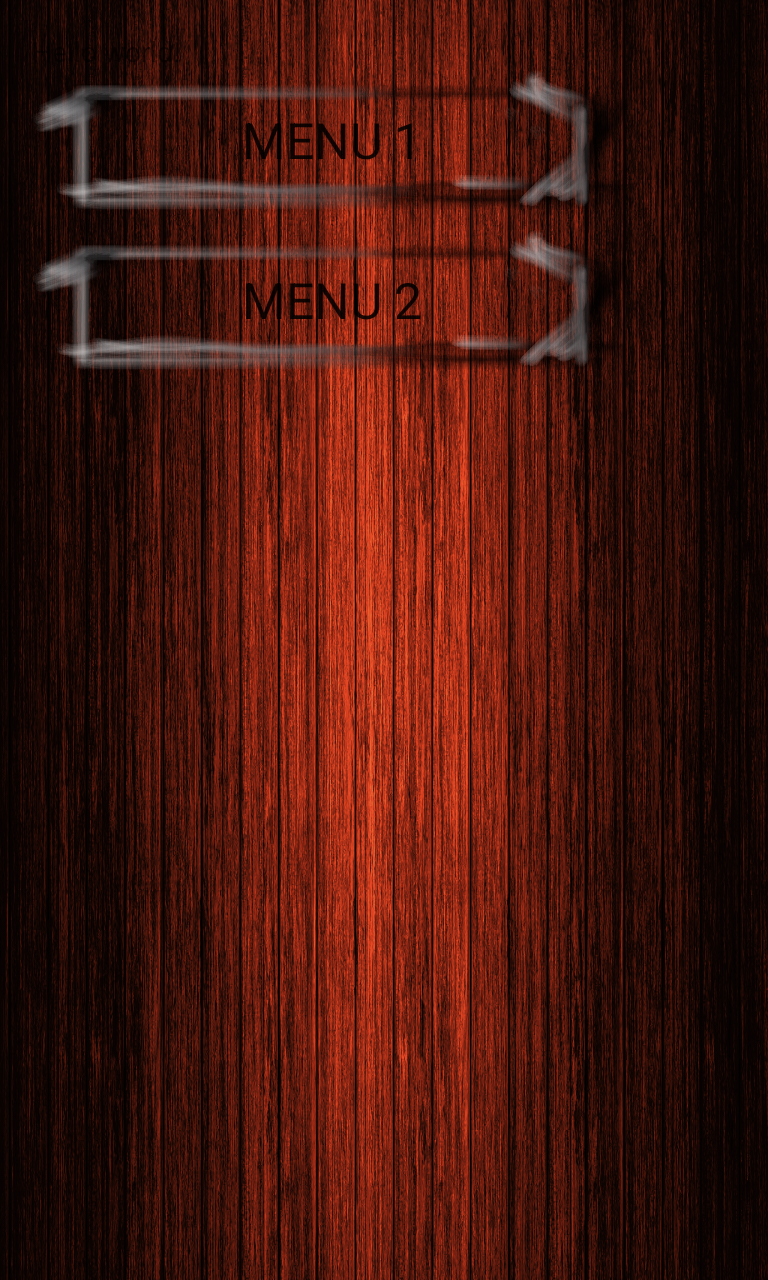
Repository: Hedlundaren/androidmenu
Layout: startmenu/res/layout/activity_main.xml
The author's editor kept a copy of each file at every save. The layout is drawn from the files as they stood at one save, then again after the next save.
It is drawn on a 768 x 1280 px phone screen (xhdpi) without system bars, with theme AppTheme; the app's code is not run.

Above is the layout before, as saved 2014-11-05 20:04:10.

After the next save:
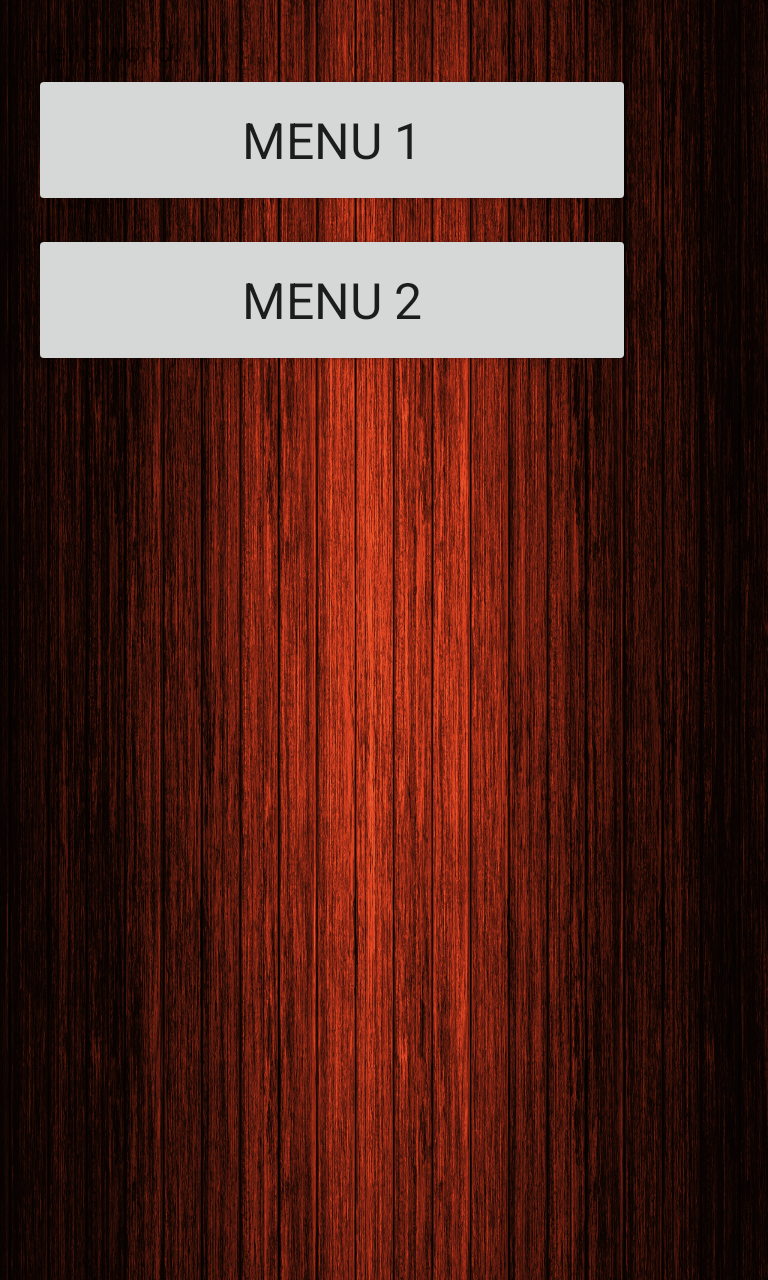
Saved 79 s later.
--- a/startmenu/res/layout/activity_main.xml
+++ b/startmenu/res/layout/activity_main.xml
@@ -21,7 +21,6 @@
         android:layout_height="70dp"
         android:layout_alignLeft="@+id/textView1"
         android:layout_below="@+id/textView1"
-        android:background="@drawable/button"
         android:text="MENU 1"
         android:textSize="25dp"
         android:typeface="sans" />
@@ -34,7 +33,6 @@
         android:layout_alignRight="@+id/menu1"
         android:layout_below="@+id/textView1"
         android:layout_marginTop="80dp"
-        android:background="@drawable/button"
         android:text="MENU 2"
         android:textSize="25dp"
         android:typeface="sans" />
